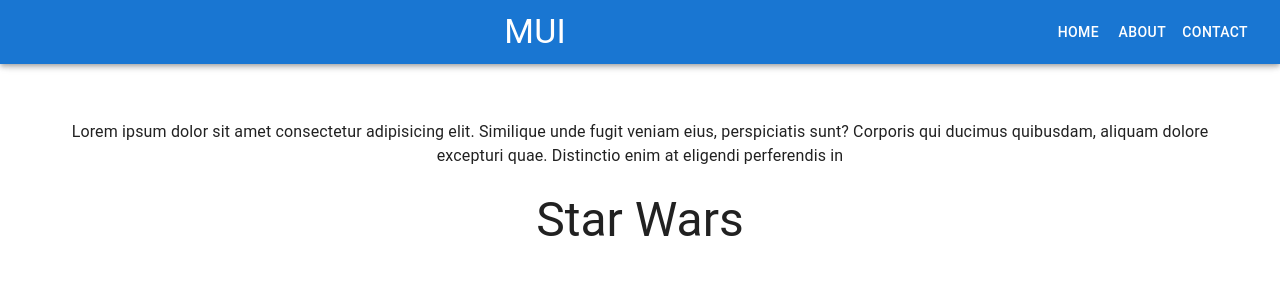
Repository: marianozamora/lisit-challenge
Page: /
An editor plug-in stored every save of this project. The page is shown before and after the next save, followed by the edit.
The browser window is 1280 px wide. The pictures show the whole page.
The page's requests for data from a server got no answer. The project was rebuilt for these pictures with package versions that can differ from the ones it lists, and the page was loaded fresh each time. Some packages were replaced by stand-ins written for this rebuild. No one was signed in, and anything a server would have sent is missing. Also part of the build but not shown: vite.config.ts, src/components/Pagination.tsx.

Above is the page before, as saved 2023-05-11 00:34:52.

### src/main.tsx
import React from 'react'
import ReactDOM from 'react-dom/client'
import App from './App.tsx'
import './index.css'
import { QueryClientProvider } from '@tanstack/react-query';
import queryClient from './queryClient';
import { ReactQueryDevtools } from '@tanstack/react-query-devtools';

ReactDOM.createRoot(document.getElementById('root') as HTMLElement).render(
  <React.StrictMode>
    <QueryClientProvider client={queryClient}>
      <App />
      <ReactQueryDevtools initialIsOpen></ReactQueryDevtools>
    </QueryClientProvider>
  </React.StrictMode>,
)

### src/App.tsx
import { useFetchPeople } from './hooks/useSwapi'
import './App.css'
import { People } from './hooks/types'
import Pagination from '../src/components/Pagination'
import React from 'react'
import { Box, Typography } from '@mui/material';
import Header from './components/Header';
function App() {
  const [currentPage, setCurrentPage] = React.useState(1)
  const { data, isLoading, isError } = useFetchPeople({ page: currentPage})
  //if (isLoading) return <div>Loading...</div>

  // if (data && data.count === null) {
  //   return null; // or display a different message or loading state
  // }


  return (
    <>
      <Header />
      <Box sx={{ display: 'flex', justifyContent: 'center', alignItems: 'center' }}>
        <Typography variant="h3" component="div" gutterBottom>
          Star Wars
        </Typography>
      </Box>
      {data?.results.map((person: People) => (
        <div key={person.name}>{person.name}</div>
      ))}
      {/* <button onClick={
        () => {
          setCurrentPage(currentPage + 1)
        }
      } >
        Next
      </button> */}

      {
        data && data.count > 0 && <Pagination
        onPageChange={(event, value) => {
          setCurrentPage(value)
        }}
        count={data?.count}
        elementsPerPage={10}
        currentPage={currentPage}
      />

      }
    </>

  )
}

export default App

### src/index.css
@tailwind base;
@tailwind components;
@tailwind utilities;
/*
:root {
  font-family: Inter, system-ui, Avenir, Helvetica, Arial, sans-serif;
  line-height: 1.5;
  font-weight: 400;

  color-scheme: light dark;
  color: rgba(255, 255, 255, 0.87);
  background-color: #242424;

  font-synthesis: none;
  text-rendering: optimizeLegibility;
  -webkit-font-smoothing: antialiased;
  -moz-osx-font-smoothing: grayscale;
  -webkit-text-size-adjust: 100%;
}

a {
  font-weight: 500;
  color: #646cff;
  text-decoration: inherit;
}
a:hover {
  color: #535bf2;
}

body {
  margin: 0;
  display: flex;
  place-items: center;
  min-width: 320px;
  min-height: 100vh;
}

h1 {
  font-size: 3.2em;
  line-height: 1.1;
}

button {
  border-radius: 8px;
  border: 1px solid transparent;
  padding: 0.6em 1.2em;
  font-size: 1em;
  font-weight: 500;
  font-family: inherit;
  background-color: #1a1a1a;
  cursor: pointer;
  transition: border-color 0.25s;
}
button:hover {
  border-color: #646cff;
}
button:focus,
button:focus-visible {
  outline: 4px auto -webkit-focus-ring-color;
}

@media (prefers-color-scheme: light) {
  :root {
    color: #213547;
    background-color: #ffffff;
  }
  a:hover {
    color: #747bff;
  }
  button {
    background-color: #f9f9f9;
  }
} */

### src/queryClient.ts
import { QueryClient } from '@tanstack/react-query';

const queryClient = new QueryClient();

export default queryClient;

### src/hooks/useSwapi.ts
import api from '../api/swapi';
import { useQuery } from '@tanstack/react-query';

export async function fetchPeople({page=1}) {
    const { data } = await api.get(`people/?page=${page}`);
    return data;
}

export function useFetchPeople({ page = 1 } = {}) {
    return useQuery({
        queryKey: ['people', { page }],
        queryFn: () => fetchPeople({ page }),
    })

}

async function fetchPerson(id) {
    const { data } = await api.get(`people/${id}`);
    return data;
}

### src/components/Header.tsx
import * as React from 'react';
import { AppBar, Toolbar, IconButton, Typography, Box, CssBaseline} from '@mui/material';
import { Drawer, List, ListItem, ListItemButton, ListItemText, Divider, Button } from '@mui/material';
import MenuIcon from '@mui/icons-material/Menu';
interface Props {
    /**
     * Injected by the documentation to work in an iframe.
     * You won't need it on your project.
     */
    window?: () => Window;
}


const drawerWidth = 240;
const navItems = ['Home', 'About', 'Contact'];

export default function Header(props: Props) {

    const { window } = props;
    const [mobileOpen, setMobileOpen] = React.useState(false);

    const handleDrawerToggle = () => {
        setMobileOpen((prevState) => !prevState);
    };

    const drawer = (
        <Box onClick={handleDrawerToggle} sx={{ textAlign: 'center' }}>
        <Typography variant="h6" sx={{ my: 2 }}>
            MUI
        </Typography>
        <Divider />
        <List>
            {navItems.map((item) => (
            <ListItem key={item} disablePadding>
                <ListItemButton sx={{ textAlign: 'center' }}>
                <ListItemText primary={item} />
                </ListItemButton>
            </ListItem>
            ))}
        </List>
        </Box>
    );

    const container = window !== undefined ? () => window().document.body : undefined;

    return (
            <Box sx={{ display: 'flex' }}>
            <CssBaseline />
            <AppBar component="nav">
            <Toolbar className="bg-peru-500">
                <IconButton
                color="inherit"
                aria-label="open drawer"
                edge="start"
                onClick={handleDrawerToggle}
                sx={{ mr: 2, display: { sm: 'none' } }}
                >
                <MenuIcon />
                </IconButton>
                <Typography
                variant="h4"
                        component="div"
                        className="text-white w-[300px]"
                sx={{ flexGrow: 1, display: { xs: 'none', sm: 'block' } }}
                >
                MUI
                </Typography>
                <Box sx={{ display: { xs: 'none', sm: 'block' } }}>
                {navItems.map((item) => (
                    <Button key={item} sx={{ color: '#fff' }}>
                    {item}
                    </Button>
                ))}
                </Box>
            </Toolbar>
            </AppBar>
            <Box component="nav">
                <Drawer
                container={container}
                variant="temporary"
                open={mobileOpen}
                onClose={handleDrawerToggle}
                ModalProps={{
                keepMounted: true, // Better open performance on mobile.
                }}
                sx={{
                display: { xs: 'block', sm: 'none' },
                '& .MuiDrawer-paper': { boxSizing: 'border-box', width: drawerWidth },
                }}
            >
                {drawer}
            </Drawer>
            </Box>
            <Box component="main" sx={{ p: 3 }}>
            <Toolbar />
            <Typography>
                Lorem ipsum dolor sit amet consectetur adipisicing elit. Similique unde
                fugit veniam eius, perspiciatis sunt? Corporis qui ducimus quibusdam,
                aliquam dolore excepturi quae. Distinctio enim at eligendi perferendis in
            </Typography>
            </Box>
        </Box>
    )
}

### src/api/swapi.ts
import axios from 'axios';

const api = axios.create({
    baseURL: 'https://swapi.dev/api/',
});

export default api;

Loaded but not shown: index.html (common file); src/App.css (common file); tailwind.config.js (common file)

After the next save:
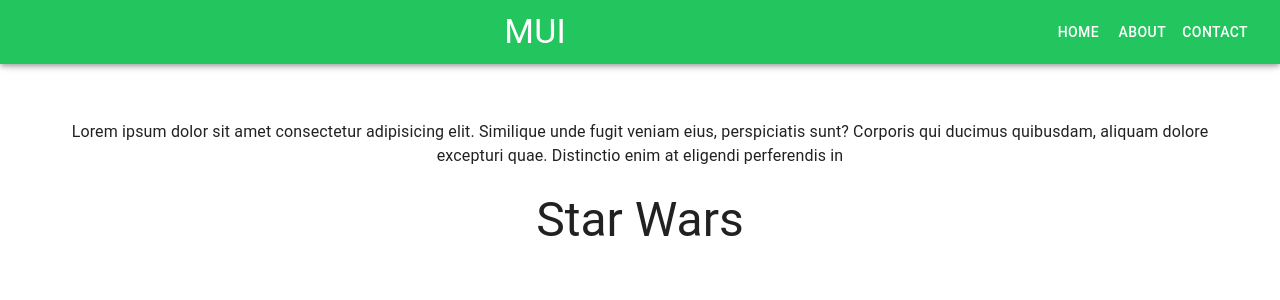
Saved 7 s later.
--- a/src/components/Header.tsx
+++ b/src/components/Header.tsx
@@ -47,7 +47,7 @@
             <Box sx={{ display: 'flex' }}>
             <CssBaseline />
             <AppBar component="nav">
-            <Toolbar className="bg-peru-500">
+            <Toolbar className="bg-green-500">
                 <IconButton
                 color="inherit"
                 aria-label="open drawer"

After the save that followed:
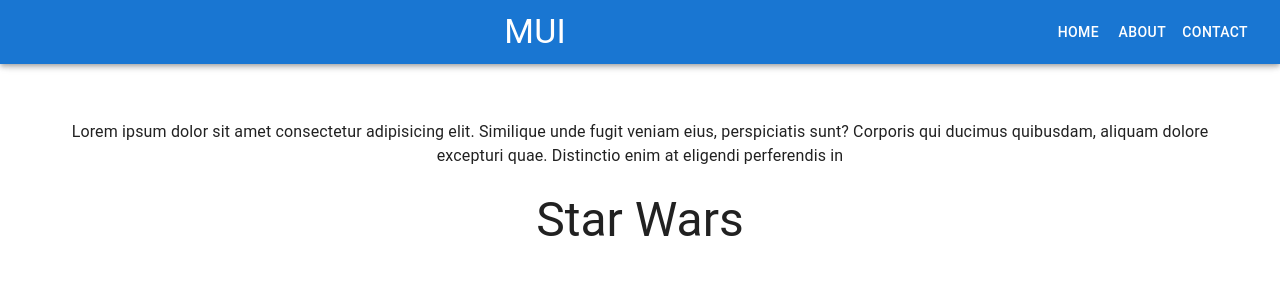
Saved 6 s later.
--- a/src/components/Header.tsx
+++ b/src/components/Header.tsx
@@ -47,7 +47,7 @@
             <Box sx={{ display: 'flex' }}>
             <CssBaseline />
             <AppBar component="nav">
-            <Toolbar className="bg-green-500">
+            <Toolbar className="bg-black-500">
                 <IconButton
                 color="inherit"
                 aria-label="open drawer"
